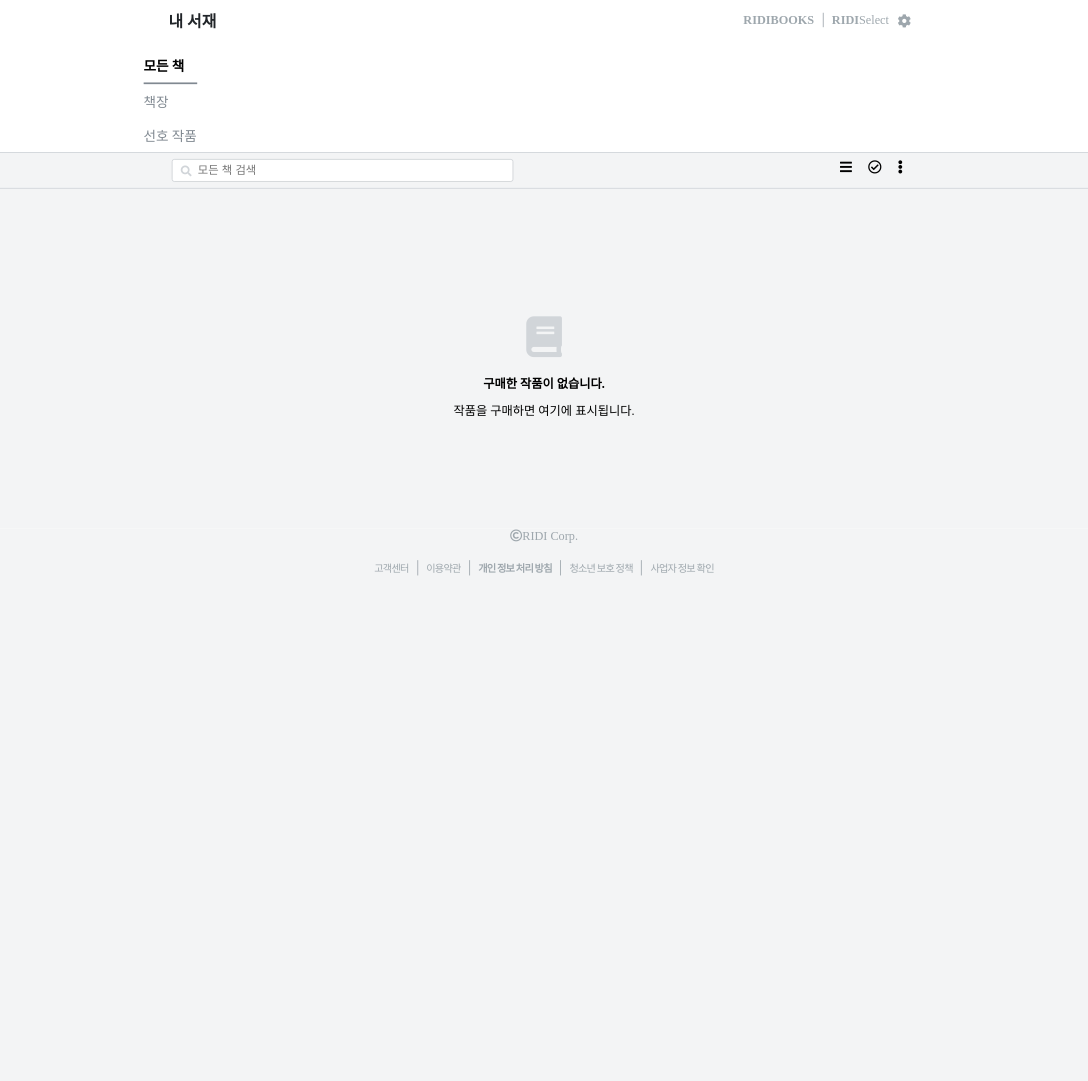
Repository: mega-teamproject/teamproject1
Page: html/my study.html
These files come from the project's save history. The page is drawn as it stood at one moment and after the next save; the edit follows.
The browser window is 1280 px wide. The pictures show the whole page, at 85% of full size.

Above is the page before, as saved 2022-01-04 01:07:19.

After the next save:
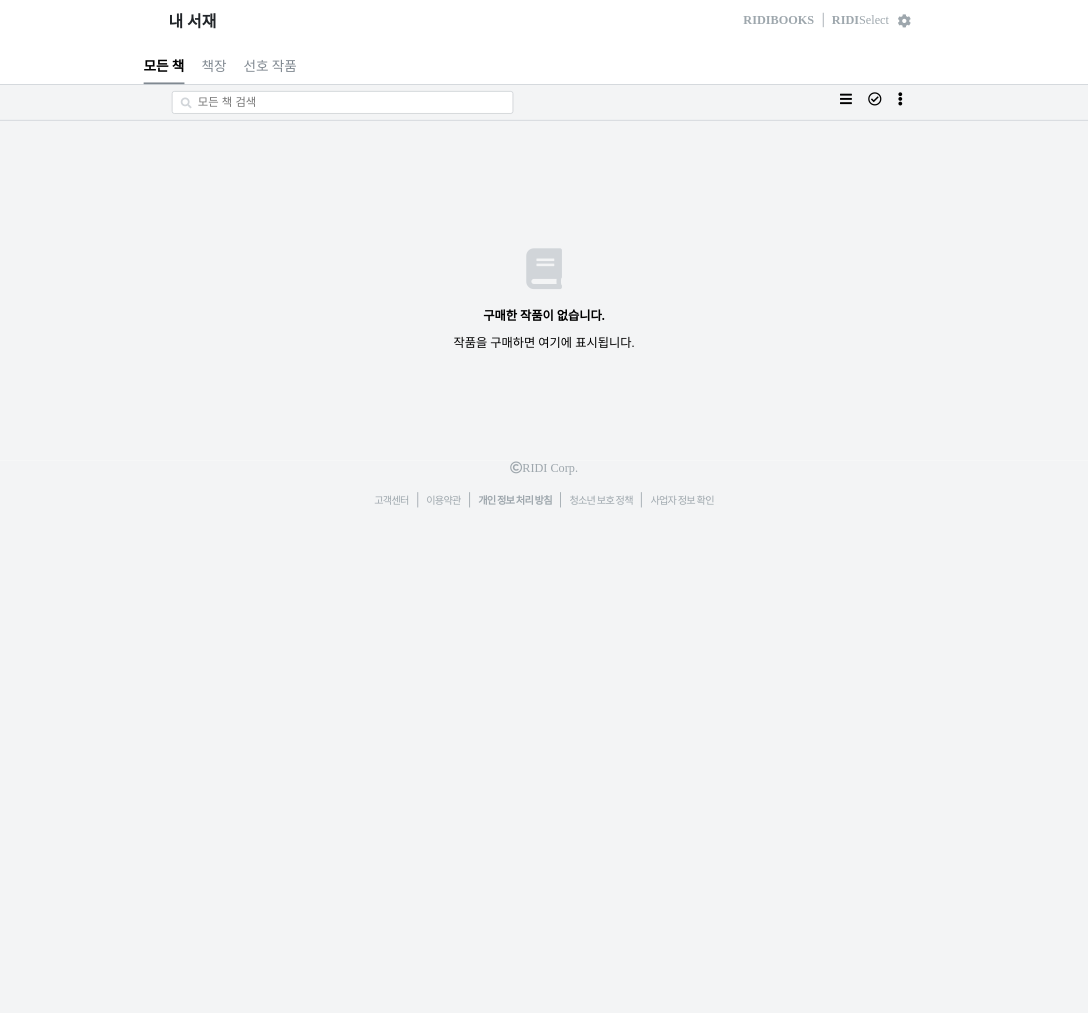
Saved 19 s later.
--- a/css/mystudy.css
+++ b/css/mystudy.css
@@ -104,6 +104,10 @@
   display: flex;
 }
 
+.menu ul div {
+  display: flex;
+}
+
 .menu li {
   padding: 8px 0;
   margin-right: 20px;
